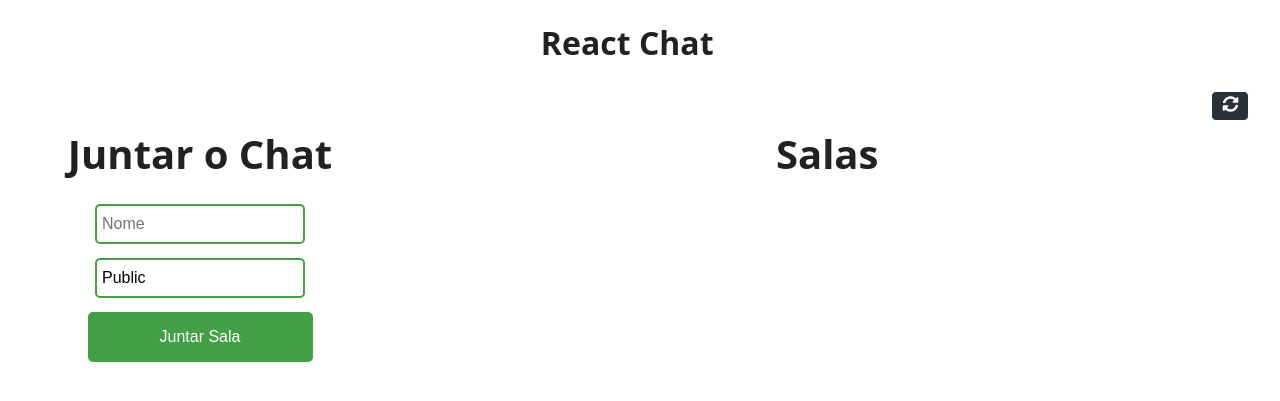
Repository: hierotsu/chat-rooms-react-
Page: / (app in client/)
An editor plug-in stored every save of this project. The page is shown before and after the next save, followed by the edit.
The browser window is 1280 px wide. The pictures show the whole page.
The page's requests for data from a server got no answer. The project was rebuilt for these pictures with package versions that can differ from the ones it lists, and the page was loaded fresh each time. No one was signed in, and anything a server would have sent is missing. Also part of the build but not shown: client/src/components/User.js, client/src/components/Chat.js.

Above is the page before, as saved 2022-02-02 16:42:26.

### client/public/index.html
<!DOCTYPE html>
<html lang="en">
	<head>
		<meta charset="utf-8" />
		<link rel="icon" href="%PUBLIC_URL%/favicon.ico" />
		<meta name="viewport" content="width=device-width, initial-scale=1" />
		<meta name="theme-color" content="#000000" />
		<meta
			name="description"
			content="Web site created using create-react-app"
		/>
		<link rel="apple-touch-icon" href="%PUBLIC_URL%/logo192.png" />
		<!--
      manifest.json provides metadata used when your web app is installed on a
      user's mobile device or desktop. See https://developers.google.com/web/fundamentals/web-app-manifest/
    -->
		<link rel="manifest" href="%PUBLIC_URL%/manifest.json" />
		<!--
      Notice the use of %PUBLIC_URL% in the tags above.
      It will be replaced with the URL of the `public` folder during the build.
      Only files inside the `public` folder can be referenced from the HTML.

      Unlike "/favicon.ico" or "favicon.ico", "%PUBLIC_URL%/favicon.ico" will
      work correctly both with client-side routing and a non-root public URL.
      Learn how to configure a non-root public URL by running `npm run build`.
    -->
		<link
			rel="stylesheet"
			href="https://cdnjs.cloudflare.com/ajax/libs/font-awesome/5.15.4/css/all.min.css"
		/>
		<title>React App</title>
	</head>
	<body>
		<noscript>You need to enable JavaScript to run this app.</noscript>
		<div id="root"></div>
		<!--
      This HTML file is a template.
      If you open it directly in the browser, you will see an empty page.

      You can add webfonts, meta tags, or analytics to this file.
      The build step will place the bundled scripts into the <body> tag.

      To begin the development, run `npm start` or `yarn start`.
      To create a production bundle, use `npm run build` or `yarn build`.
    --></body>
</html>

### client/src/App.js
import { useState, useEffect, useRef } from 'react'
import io from 'socket.io-client'

import Chat from './components/Chat';
import Rooms from './components/Rooms'

import './App.css';

export const SERVER_URL = "http://localhost:3001"

const connect = () => {
  return io.connect(SERVER_URL,
    { query: { id: Math.floor(Math.random() * 1000) } })
}

const socket = connect()

function App() {
  const [username, setUsername] = useState('')
  const [room, setRoom] = useState('Public')
  const [joinButtonDisabled, setJoinButtonDisabled] = useState(true)
  const [showChat, setShowChat] = useState(false)
  const usernameRef = useRef()
  const roomRef = useRef()

  useEffect(() => {
    setJoinButtonDisabled(username === '' || room === '')
  }, [username, room])



  const joinRoom = (room_ext) => {
    console.log('SOCKET Join', socket, socket.id, room_ext)
    if (typeof room_ext !== "undefined")
      setRoom(room_ext);
    else
      room_ext = room;
    if (username !== '' && room !== '') {
      if (!socket.connected)
        socket.open()

      socket.emit('join_room', room_ext, username)
      setShowChat(true)
    }
    else if (username === '') {
      usernameRef.current.focus()
    }
    else if (room === '') {
      roomRef.current.focus()
    }
  }

  function logoutHandle() {
    setShowChat(false)
  }

  return (
    <div className="App">
      <h1>React Chat</h1>
      <div className="chat-ini-container">

        {!showChat ?
          <>
            <div className="joinChatContainer">
              <h3>Juntar o Chat</h3>
              <input type="text" placeholder='Nome' onKeyPress={e => { e.key === 'Enter' && e.target.value !== '' && joinRoom() }}
                onChange={e => setUsername(e.target.value)}
                value={username}
                ref={usernameRef} />
              <input type="text" placeholder='Sala' onKeyPress={e => { e.key === 'Enter' && e.target.value !== '' && joinRoom() }}
                onChange={e => setRoom(e.target.value)}
                value={room}
                ref={roomRef} />
              <button onClick={e => joinRoom()} disabled={joinButtonDisabled}>Juntar Sala</button>
            </div>
            <Rooms socket={socket} joinRoom={joinRoom} />
          </>
          :
          <Chat socket={socket} username={username} room={room} onClose={logoutHandle} />
        }
      </div>
    </div>
  );
}

export default App;

### client/src/components/Rooms.js
import { useState, useEffect } from 'react';
import io from 'socket.io-client'


export default function Rooms({ socket, joinRoom }) {
    const [rooms, setRooms] = useState([])

    useEffect(() => {
        console.log('Socket changed useEffect', socket, socket.id)
        // if (!socket.connected)
        socket.close()
        socket.open()
        socket.emit('get-rooms', setRooms)

        // socket.on('receive-rooms', roomsReceived)
    }, [socket])


    const refreshHandle = () => {
        socket.emit('get-rooms', setRooms)
    }


    const listRooms = () => {
        return rooms.map((room, ind) => {
            return <div key={'chat-room-' + ind} onClick={joinRoom.bind(null, room.name)}>Sala {room.name} com {room.usersTotal} utilizadores</div>
        })
    }

    return <div className="rooms-container">
        <h3>Salas</h3>
        <div className="action-bar">
            <button onClick={refreshHandle}><i className="fas fa-sync-alt"></i></button>
        </div>
        <div className="rooms-list">
            {listRooms()}
        </div>
    </div>;
}

### client/src/App.css
* {
	box-sizing: border-box;
}

.App {
	width: 98vw;
	height: 97vh;
	background: #fff;
	color: #212121;
	font-family: "Open Sans", sans-serif;
	text-align: center;
}
body {
	margin: 0%;
	padding: 0%;
}
@import url("https://fonts.googleapis.com/css?family=Open+Sans:300,400,700");

button:hover {
	cursor: pointer;
}

.chat-ini-container {
	display: flex;
}

.joinChatContainer {
	display: flex;
	flex-direction: column;
	text-align: center;
	min-width: 400px;
}

.rooms-container h3,
.joinChatContainer h3 {
	font-size: 2.5rem;
	margin-bottom: 1rem;
}
.joinChatContainer input {
	width: 210px;
	height: 40px;
	margin: 7px auto;
	border: 2px solid #43a047;
	border-radius: 5px;
	padding: 5px;
	font-size: 16px;
}

.joinChatContainer button {
	width: 225px;
	height: 50px;
	margin: 7px auto;
	border: none;
	border-radius: 5px;
	padding: 5px;
	font-size: 16px;
	background: #43a047;
	color: #fff;
	cursor: pointer;
}

.joinChatContainer button:hover {
	background: #2e7d32;
}
.chat-container {
	display: flex;
	flex: 1;
	min-height: 0px;
}
.chat-window {
	width: 90vw;
	height: 90vh;
	max-width: 600px;
	max-height: 600px;
	display: flex;
	flex-direction: column;
}
.chat-window.isReduced {
	height: 45px;
	overflow: hidden;
}
.chat-window p {
	margin: 0;
}

.chat-users {
	width: fit-content;
	max-width: 200px;
	border: 1px solid black;
	padding: 0px 10px;
}
.chat-users > div {
	font-weight: bold;
}
.chat-window .chat-header {
	height: 45px;
	border-top-left-radius: 6px;
	border-top-right-radius: 6px;
	background: #263238;
	position: relative;
	cursor: pointer;
}
.chat-window .chat-header p {
	display: block;
	padding: 0 1em 0 2em;
	color: #fff;
	font-weight: 700;
	line-height: 45px;
}

.chat-window .chat-body {
	/* height: calc(450px - (45px + 70px)); */
	border: 1px solid #263238;
	background: #fff;
	position: relative;
	flex: 1;
}
.chat-window .chat-body .message-container {
	width: 100%;
	height: 100%;
	overflow-y: auto;
	overflow-x: hidden;
}

.chat-window .chat-body .message-container::-webkit-scrollbar {
	display: none;
}
.chat-window .chat-body .message {
	height: auto;
	padding: 10px;
	display: flex;
}

.chat-window .chat-body .message .message-content {
	width: auto;
	height: auto;
	min-height: 40px;
	max-width: 120px;
	background-color: #43a047;
	border-radius: 5px;
	color: white;
	display: flex;
	align-items: center;
	margin-right: 5px;
	margin-left: 5px;
	padding-right: 5px;
	padding-left: 5px;
	overflow-wrap: break-word;
	word-break: break-word;
}

#you {
	justify-content: flex-start;
}

#you .message-content {
	justify-content: flex-start;
}

#you .message-meta {
	justify-content: flex-start;
	margin-left: 5px;
}

#other.new-chatter .message-content {
	background-color: aliceblue;
	color: black;
}
#other.new-chatter .message-content,
#other.new-chatter #time {
	font-style: italic;
	font-size: smaller;
}

#other {
	justify-content: flex-end;
}

#other .message-content {
	justify-content: flex-end;
	background-color: cornflowerblue;
}

#other .message-meta {
	justify-content: flex-end;
	margin-right: 5px;
}

.message-meta #author {
	margin-left: 10px;
	font-weight: bold;
}

.chat-window .chat-body .message .message-meta {
	display: flex;
	font-size: 12px;
}

.chat-window .chat-footer {
	height: 40px;
	border: 1px solid #263238;
	border-top: none;
	display: flex;
}

.chat-window .chat-footer input {
	height: 100%;
	flex: 85%;
	border: 0;
	padding: 0 0.7em;
	font-size: 1em;
	border-right: 1px dotted #607d8b;

	outline: none;
	font-family: "Open Sans", sans-serif;
}

.chat-window .chat-footer button {
	border: 0;
	display: grid;
	place-items: center;
	cursor: pointer;
	flex: 15%;
	height: 100%;
	background: transparent;
	outline: none;
	font-size: 25px;
	color: lightgray;
}

.chat-window .chat-footer button:hover {
	color: #43a047;
}
.hide {
	opacity: 0 !important;
}

.action-bar {
	position: absolute;
	top: 5px;
	right: 2px;
}
.action-bar button {
	background: #263238;
	font-size: 1rem;
	color: white;
	border: 1px solid white;
	border-radius: 5px;
	padding: 4px 10px 6px 10px;
	margin: 0 3px;
}

/*****	ROOMS *****/
.rooms-container {
	text-align: center;
	flex: 1;
	min-height: 0;
	padding: 0 20px;
	position: relative;
}
.room-list {
	overflow-y: auto;
}
.rooms-list > div {
	margin: 20px;
	padding: 20px;
	border: 2px solid #43a047;
	border-radius: 5px;
}
.rooms-list > div:hover {
	cursor: pointer;
	background: #43a047;
	color: white;
}

Loaded but not shown: client/src/index.js (common file); client/src/index.css (common file)

After the next save:
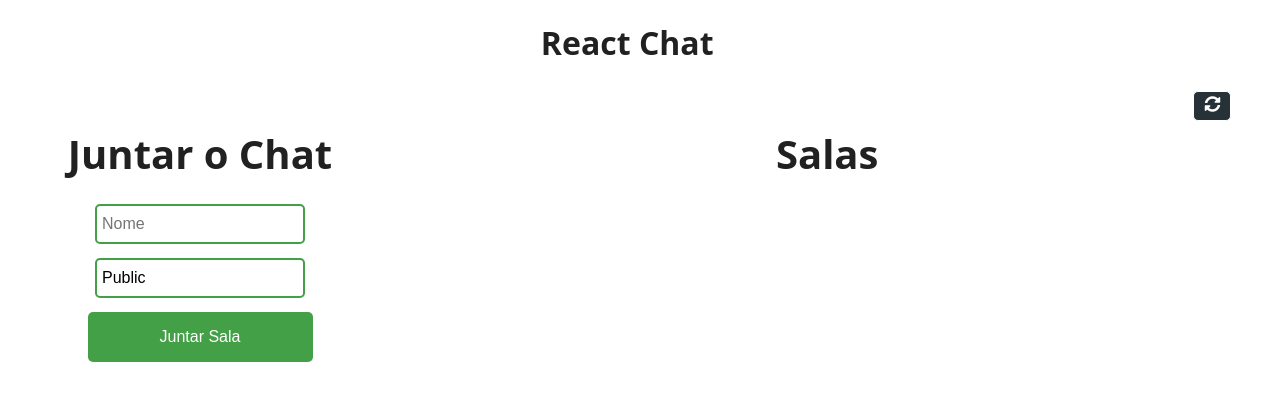
Saved 41 s later.
--- a/client/src/App.css
+++ b/client/src/App.css
@@ -258,6 +258,9 @@
 	padding: 0 20px;
 	position: relative;
 }
+.rooms-container .action-bar {
+	right: 20px;
+}
 .room-list {
 	overflow-y: auto;
 }

After the save that followed:
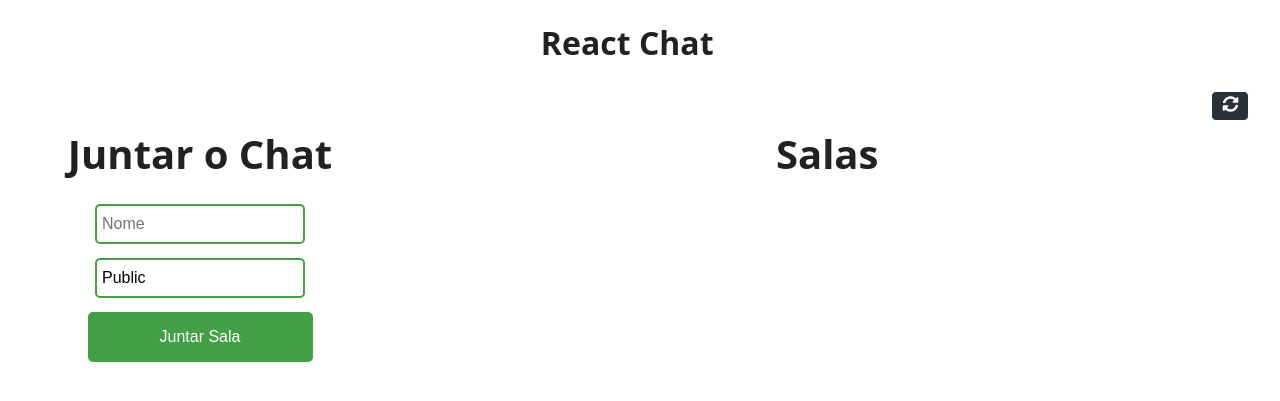
Saved 52 s later.
--- a/client/src/App.css
+++ b/client/src/App.css
@@ -258,9 +258,9 @@
 	padding: 0 20px;
 	position: relative;
 }
-.rooms-container .action-bar {
+/* .rooms-container .action-bar {
 	right: 20px;
-}
+} */
 .room-list {
 	overflow-y: auto;
 }
